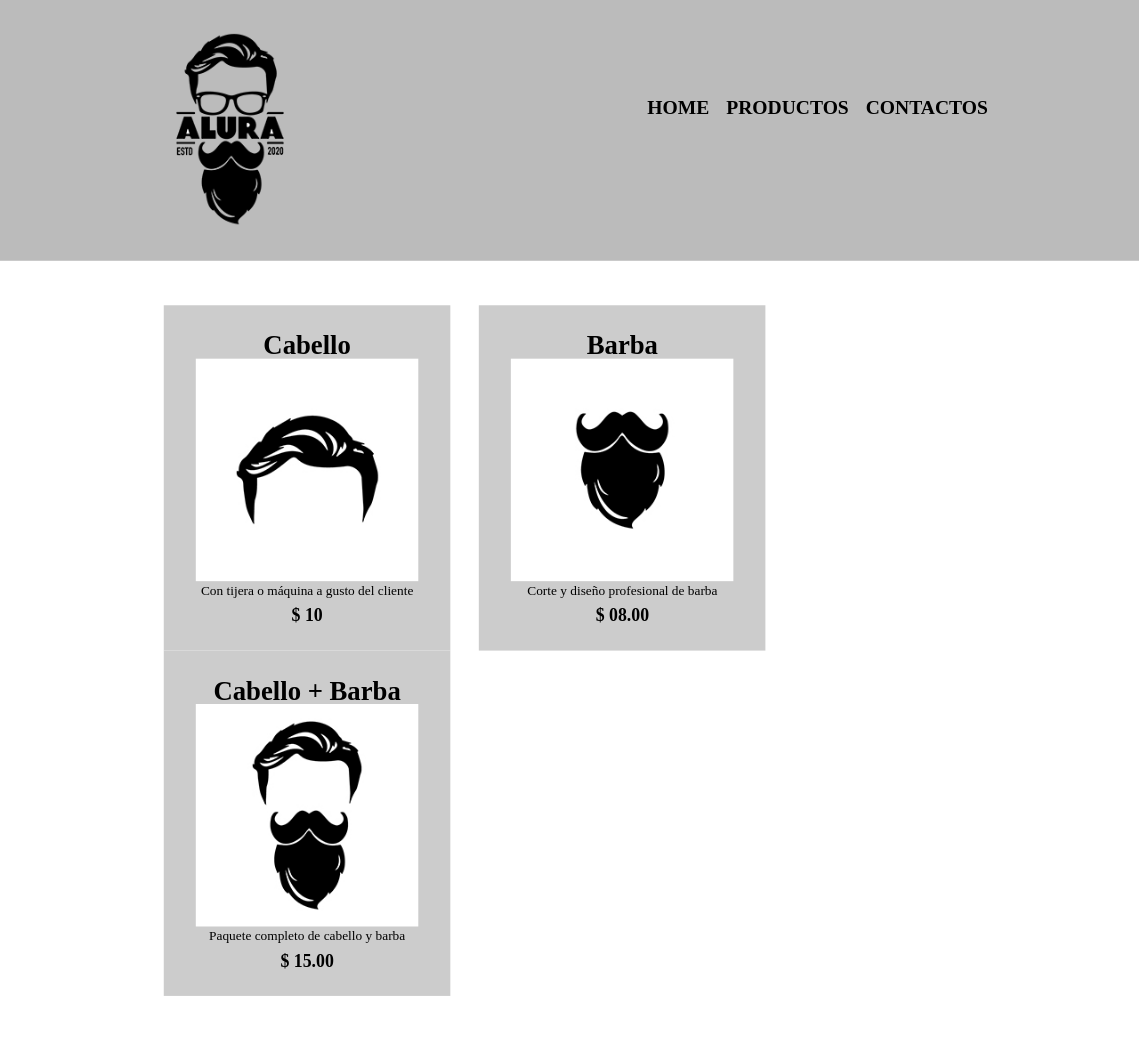
Repository: Ciromontes/Barber-a
Page: productos.html
These files come from the project's save history. The page is drawn as it stood at one moment and after the next save; the edit follows.
The browser window is 1280 px wide. The pictures show the whole page, at 89% of full size.

Above is the page before, as saved 2022-12-23 21:30:37.

### productos.html
<!DOCTYPE html>
<html>
    <head>
        <meta http-equiv="Content-Type" content="text/html;charset=UTF-8">
        <title>Productos - Barbería Alura</title>
        <link rel="stylesheet" href="reset.css">
        <link rel="stylesheet" href="productos.css">
    </head>

    <body>
        <header>
            <div class="caja">
                <h1><img src="logos/logo.png"></h1>
            <nav>
                <ul>
                    <li><a href="index.html">Home</a></li>
                    <li><a href="productos.html">Productos</a></li>
                    <li><a href="Contacto.html">Contactos</a></li>

                </ul>

            </nav>

            </div>

        </header>
        <main>
            <ul class="productos">
                <li>
                    <h2>Cabello</h2>
                    <img src="logos/cabello.jpg" alt="">
                    <p class="producto-descripcion">Con tijera o máquina a gusto del cliente</p>
                    <p class="producto-precio">$ 10</p>

                </li>
                <li>
                    <h2>Barba</h2>
                    <img src="logos/barba.jpg" alt="">
                    <p class="producto-descripcion">Corte y diseño profesional de barba</p>
                    <p class="producto-precio">$ 08.00</p>

                </li>
                <li>
                    <h2>Cabello + Barba</h2>
                    <img src="logos/cabello+barba.jpg" alt="">
                    <p class="producto-descripcion">Paquete completo de cabello y barba</p>
                    <p class="producto-precio">$ 15.00</p>

                </li>
            </ul>



        </main>

    </body>
</html>

### productos.css
header{
    background-color: #BBBBBB;
}
.caja{
    width: 940px;
    position: relative;
    margin: 0 auto;
    padding: 20px 0;
}

nav li{
    display:inline;
    margin: 0 0 0 15px;

}
nav{
    position: absolute;
    top: 110px;
    right: 0;
}

nav a{
    text-transform: uppercase;
    color:#000000;
    font-weight: bold;
    font-size: 22px;
    text-decoration: navajowhite;


}

.productos{
    width: 940px;
    margin: 0 auto;
    padding: 50px;
}

.productos li{
    display: inline-block;
    width: 30%;
    vertical-align: top;
    text-align: center;
    background-color: #cccccc;
    margin:0 1.5%;
    padding: 30px 20px;
    ;

}

.productos h2{
    text-align: center;
    font-size: 30px;
    font-weight: bold;
}

.producto-descripcion{
    font-size: 15px;

}
.producto-precio{
    font-size: 20px;
    font-weight: bold;
    margin-top: 10px;
}

Loaded but not shown: reset.css (common file)

After the next save:
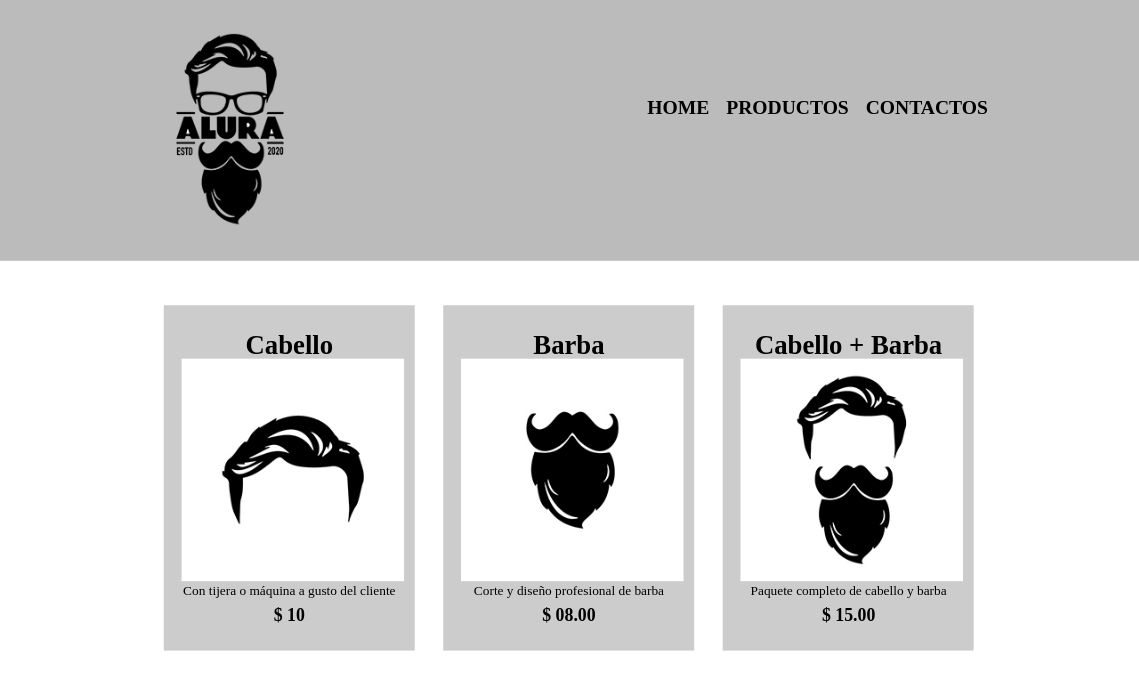
Saved 81 s later.
--- a/productos.css
+++ b/productos.css
@@ -43,7 +43,7 @@
     background-color: #cccccc;
     margin:0 1.5%;
     padding: 30px 20px;
-    ;
+    box-sizing: border-box;
 
 }
 
